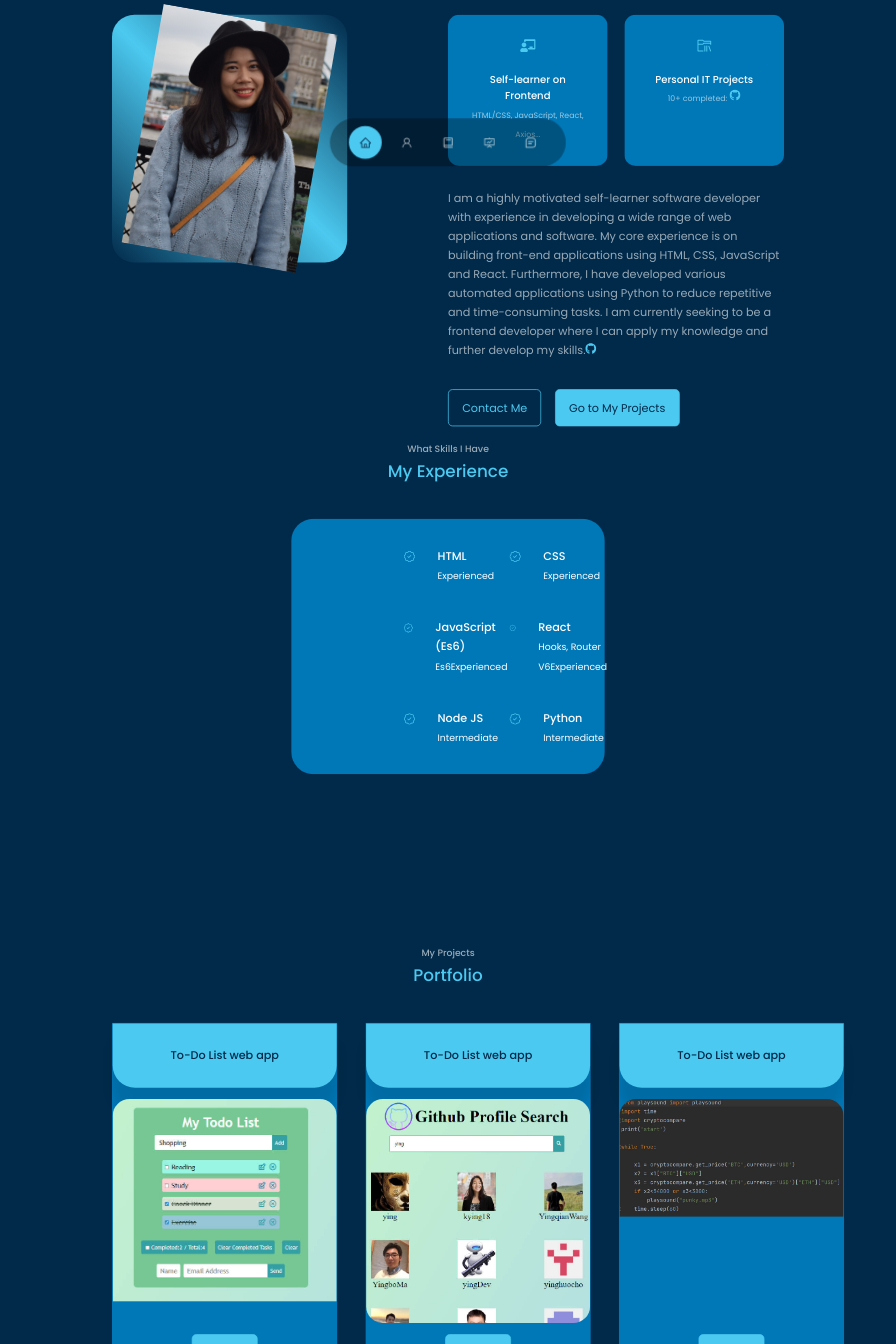
Repository: yingluo1020/react-portfolio-website
Page: /
The author's editor kept a copy of each file at every save. The page is drawn from the files as they stood at one save, then again after the next save.
The browser window is 1280 px wide. The pictures show the part of the page from y = 450 to 2370 px (the page is 3663 px tall), at 70% of full size.
The project was rebuilt for these pictures with package versions that can differ from the ones it lists, and the page was loaded fresh each time. Imported but missing from the stored project, and not drawn on this page: src/assets/cv1.pdf.

Above is the page before, as saved 2022-03-16 09:53:29.

### src/index.css
@import url('https://fonts.googleapis.com/css2?family=Poppins:wght@300;400;500;600&display=swap');

* {
 margin: 0;
 padding: 0;
 border: 0;
 outline: 0;
 box-sizing: border-box;
 list-style: none;
 text-decoration: none;
}

:root {
    --color-bg:#012a4a;
    --color-bg-variant:#0077b6;
    --color-primary:#4cc9f0;
    --color-primary-variant:rgba(77,181,255,0.4);
    --color-white:#fff;
    --color-light:rgba(255,255,255,0.6);

    --transition:all 400ms ease;

    --container-width-lg:75%;
    --container-width-md:86%;
    --container-width-sm:90%;
}

html {
    scroll-behavior:smooth;
}

::-webkit-scrollbar {
    display: none;
}

body {
    font-family: 'Poppins', sans-serif;
    background: var(--color-bg);
    color:var(--color-white);
    line-height:1.7;
}

/* general styles */
.container {
    width:var(--container-width-lg);
    margin: 0 auto;
}

h1,
h2,
h3,
h4,
h5 {
    font-weight: 500;
}

h1 {
    font-size: 2.5rem;
}

section {
    /* margin-top: 10rem; */
    height: 100vh;
}

section > h2, section > h5 {
    text-align: center;
    color: var(--color-light);
}

section > h2 {
    color: var(--color-primary);
    margin-bottom: 3rem;
}

.text-light {
    color: var(--color-light);
}

a {
    color: var(--color-primary);
    transition: var(--transition);
}

a:hover {
    color: var(--color-white);
}

.btn {
    width: max-content;
    display: inline-block;
    color: var(--color-primary);
    padding: 0.75rem 1.2rem;
    border-radius:0.4rem;
    cursor: pointer;
    border: 1px solid var(--color-primary);
    transition: var(--transition);
}

.btn:hover{
    background: var(--color-white);
    color: var(--color-bg);
    border-color: transparent;
}

.btn-primary {
    background: var(--color-primary);
    color: var(--color-bg);
}

img{
    display: block;
    width: 100%;
    object-fit: cover;
}

/* media queries(medium devices)*/
@media screen and (max-width:1024px) {
    .container {
        width: var(--container-width-sm);
    }

    section> h2 {
        margin-bottom: 2rem;
    }
}

### src/components/header/Header.js
import React from 'react'
import avatar from '../../assets/avatar.JPG'
import './header.css';
import CV from '../../assets/cv1.pdf'


function Header() {
    return (
        <header>
            <div className="container header_container">
                <h5>Hello, I'm</h5>
                <h1>Ying Luo</h1>
                <h5 className="text-light">Front-end Developer</h5>

                <div className='cta'>
                    <a href={CV} download className='btn'>Download My CV</a>
                    <a href="#contact" className='btn btn-primary'>Contact me</a>
                </div>
            </div>
        </header>
    )
}

export default Header

### src/components/nav/Nav.js
import React, { useState } from 'react'
import './nav.css'
import { AiOutlineHome, } from 'react-icons/ai'
import { AiOutlineUser } from 'react-icons/ai'
import { BiBook } from 'react-icons/bi'
import { AiOutlineFundProjectionScreen } from 'react-icons/ai'
import { BiMessageSquareDetail } from 'react-icons/bi'


function Nav() {
    const [activeNav, setActiveNav] = useState('#')
    return (
        <nav>
            <a href="#" onClick={() => setActiveNav('#')} className={activeNav === '#' ? 'active' : ''}><AiOutlineHome /></a>
            <a href="#about" onClick={() => setActiveNav('#about')} className={activeNav === '#about' ? 'active' : ''}><AiOutlineUser /></a>
            <a href="#experience" onClick={() => setActiveNav('#experience')} className={activeNav === '#experience' ? 'active' : ''}><BiBook /></a>
            <a href="#portfolio" onClick={() => setActiveNav('#services')} className={activeNav === '#services' ? 'active' : ''}><AiOutlineFundProjectionScreen /></a>
            <a href="#contact" onClick={() => setActiveNav('#contact')} className={activeNav === '#contact' ? 'active' : ''}><BiMessageSquareDetail /></a>
        </nav>
    )
}

export default Nav

### src/components/about/About.js
import React from 'react'
import avatar from '../../assets/avatar.JPG'
import { FaChalkboardTeacher } from 'react-icons/fa'
import { VscFolderLibrary } from 'react-icons/vsc'
import { FaGithub } from 'react-icons/fa';
import './about.css';

function About() {
    return (
        <section id='about'>
            <h5>My Intro</h5>
            <h2>About Me</h2>

            <div className="container about_container">
                <div className="about_me">
                    <div className="about_image">
                        <img src={avatar} alt="About Image" />
                    </div>
                </div>

                <div className="about_content">
                    <div className="about_cards">
                        <article className="about_card">
                            <FaChalkboardTeacher className='about_icon' />
                            <h5> Self-learner on Frontend </h5>
                            <small>HTML/CSS, JavaScript, React, Axios...</small>
                        </article>

                        <article className="about_card">
                            <VscFolderLibrary className='about_icon' />
                            <h5>Personal IT Projects </h5>
                            <small>10+ completed:  </small>
                            <a href="https://github.com/yingluo1020" target="_blank"><FaGithub /></a>
                        </article>

                    </div>

                    <p>I am a highly motivated self-learner software developer with experience in developing a wide range of web applications and software. My core experience is on building front-end applications using HTML, CSS, JavaScript and React. Furthermore, I have developed various automated applications using Python to reduce repetitive and time-consuming tasks. I am currently seeking to be a frontend developer where I can apply my knowledge and further develop my skills.
                        <a href="https://github.com/yingluo1020" target="_blank"><FaGithub /></a>
                    </p>
                    <div className="about_btn">
                        <a href="#contact" className="btn btn">Contact Me</a>
                        <a href="#" target="_blank" className="btn btn-primary">Go to My Projects</a>
                    </div>

                </div>
            </div>
        </section>
    )
}

export default About

### src/components/experience/Experience.js
import React from 'react'
import './experience.css';
import { BsPatchCheck } from 'react-icons/bs'


function Experience() {
    return (
        <section id='experience'>
            <h5>What Skills I Have</h5>
            <h2>My Experience</h2>

            <div className="container experience_container">
                <div className="experience_content">
                    <article className='experience_details'>
                        <BsPatchCheck className='experience_details-icon' />
                        <div>
                            <h4>HTML</h4>
                            <small className='text_light'>Experienced</small>
                        </div>
                    </article>
                    <article className='experience_details'>
                        <BsPatchCheck className='experience_details-icon' />
                        <div>
                            <h4>CSS</h4>
                            <small className='text_light'>Experienced</small>
                        </div>
                    </article>
                    <article className='experience_details'>
                        <BsPatchCheck className='experience_details-icon' />
                        <div>
                            <h4>JavaScript (Es6)</h4>
                            <small className='text_light'>Es6</small>
                            <small className='text_light'>Experienced</small>
                        </div>
                    </article>
                    <article className='experience_details'>
                        <BsPatchCheck className='experience_details-icon' />
                        <div>
                            <h4>React </h4>
                            <small className='text_light'>Hooks, Router V6</small>
                            <small className='text_light'>Experienced</small>
                        </div>
                    </article>
                    <article className='experience_details'>
                        <BsPatchCheck className='experience_details-icon' />
                        <div>
                            <h4>Node JS</h4>
                            <small className='text_light'>Intermediate</small>
                        </div>
                    </article>
                    <article className='experience_details'>
                        <BsPatchCheck className='experience_details-icon' />
                        <div>
                            <h4>Python</h4>
                            <small className='text_light'>Intermediate</small>
                        </div>
                    </article>
                </div>
            </div>
        </section>
    )
}

export default Experience

### src/components/portfolio/Portfolio.js
import React from 'react'
import './portfolio.css';
import project1 from '../../assets/todo1.jpg'
import project2 from '../../assets/search.jpg'
import project3 from '../../assets/btc_alert.jpg'



function Portfolio() {
    return (
        <section id='portfolio'>
            <h5>My Projects</h5>
            <h2>Portfolio</h2>
            <div className="container portfolio_container ">
                <article className='portfolio'>
                    <div className="portfolio_head">
                        <h3 >To-Do List web app</h3>
                    </div>


                    <div className="portfolio_item-image">
                        <img src={project1} alt="project1" />
                    </div>

                    <div className="portfolio_link">
                        <a href="https://github.com" target='_blank' className='btn btn-primary'>Github</a>
                    </div>
                </article>

                <article className='portfolio'>
                    <div className="portfolio_head">
                        <h3 >To-Do List web app</h3>
                    </div>

                    <div className="portfolio_body">
                        <div className="portfolio_item-image">
                            <img src={project2} alt="project1" />
                        </div>
                    </div>
                    <div className="portfolio_link">
                        <a href="https://github.com" target='_blank' className='btn btn-primary'>Github</a>
                    </div>
                </article>

                <article className='portfolio'>
                    <div className="portfolio_head">
                        <h3 >To-Do List web app</h3>
                    </div>

                    <div className="portfolio_body">
                        <div className="portfolio_item-image">
                            <img src={project3} alt="project1" />
                        </div>
                    </div>
                    <div className="portfolio_link">
                        <a href="https://github.com" target='_blank' className='btn btn-primary'>Github</a>
                    </div>
                </article>

            </div>
        </section>
    )
}

export default Portfolio

### src/components/footer/Footer.js
import React from 'react'
import './footer.css'
import { BsLinkedin } from 'react-icons/bs';
import { FaGithub } from 'react-icons/fa';
import { FiDribbble } from 'react-icons/fi';


function Footer() {
    return (
        <footer>
            <a href="https://github.com/yingluo1020" target="_blank" className='footer_logo'><FaGithub /> Ying Luo</a>
            <ul className='permalinks'>
                <li><a href="#">Home</a></li>
                <li><a href="#about">About</a></li>
                <li><a href="#experience">Experience</a></li>
                <li><a href="#portfolio">Portfolio</a></li>
                <li><a href="#contact">Contact</a></li>
            </ul>

            <div className="footer_copyright">
                <small>&copy; All rights reserved by Ying Luo.</small>
            </div>
        </footer>
    )
}

export default Footer

### src/components/header/header.css
header {
    height: 50vh;
    padding-top: 5rem;
    overflow: hidden;
}

.header_container {
    text-align: center;
    height: 100%;
    position: relative;
}

.cta {
    margin: 2.5rem auto;
    display: flex;
    gap:1.2rem;
    justify-content: center;
}

.avatar {
    background: linear-gradient(var(--color-primary),transparent) ;
    width: 22rem;
    height: 30rem;
    position: absolute;
    left: calc(50% - 11rem);
    border-radius: 12rem 12rem 0 0 ;
    overflow: hidden;
    padding: 5rem 1.5rem 1.5rem 1.5rem;
}

### src/components/nav/nav.css
nav {
    background: rgba(0, 0, 0, 0.3);
    width: max-content;
    display: block;
    padding:0.7rem 1.7rem;
    z-index: 2;
    position: fixed;
    left: 50%;
    transform: translateX(-50%);
    bottom: 2rem;
    display: flex;
    gap: 0.8rem;
    border-radius: 3rem;
    /* backdrop-filter: blur(15px); */
}

nav a {
    background: transparent;
    padding: 0.9rem;
    border-radius:50% ;
    display: flex;
    color: var(--color-light);
    font-size: 1.1rem;
}

nav a:hover{
    background: rgba(0, 0, 0, 0.3);
}

nav a.active {
    background: var(--color-primary);
    color: var(--color-bg);
}

### src/components/about/about.css
.about_container {
    display: grid;
    grid-template-columns: 35% 50%;
    gap: 15%;
}

.about_me{
    width: 100%;
    aspect-ratio: 0.95/1;
    border-radius: 2rem;
    background: linear-gradient(45deg,transparent,var( --color-primary),transparent);
    display: grid;
    place-items: center;
}

.about_image {
    border-radius: 2rem;
    overflow: hidden;
    transform: rotate(10deg);
    transition: var(--transition);
}

.about_image:hover{
    transform: rotate(0);
}

.about_image img {
    width: 75%;
    margin: 0 auto;
}
.about_cards {
    display: grid;
    grid-template-columns: repeat(2,1fr);
    gap: 1.5rem;
}

.about_card {
    background: var(--color-bg-variant);
    border:1px solid transparent ;
    border-radius: 1rem;
    padding: 2rem;
    text-align: center;
    transition: var(--transition);
}

.about_card:hover {
    background:transparent;
    border-color:var(--color-primary-variant) ;
    cursor: default;
}

.about_icon {
    color: var(--color-primary);
    font-size: 1.4rem;
    margin-bottom: 1rem;
}

.about_card h5 {
    font-size: 0.9rem;
}

.about_card small {
    font-size: 0.7rem;
    color: var(--color-light);
}

.about_content p {
    margin: 2rem 0 2.6rem;
    color: var(--color-light);
}

.about_content .about_btn {
    display: flex;
    gap:1.2rem;
}

/* media queries(medium devices)*/
@media screen and (max-width:1024px) {
    .about_container {
        grid-template-columns: 1fr ;
        gap:0;
    }

    .about_me{
        width: 50%;
        margin: 2rem auto 4rem;
    }

    .about_content p {
        margin: 1rem 0 1.5rem;
    }
}

/* media queries(small devices)*/
@media screen and (max-width:600px) {
    .about_me{
        width: 65%;
        margin: 0 auto 3rem;
    }

    .about_cards {
        grid-template-columns: 1fr 1fr;
        gap: 1rem;
    }

    .about_content {
        text-align: center;
    }

    .about_content p {
        margin: 1.5rem 0;
    }
}

### src/components/experience/experience.css
.experience_container{
    width: 35%;
    min-height: 50vh;
}

.experience_container >div {
    background: var(--color-bg-variant);
    padding: 2.4rem 10rem;
    border-radius: 2rem;
    border: 1px solid transparent;
    transition: var(--transition);
}

.experience_container >div:hover{
    background: transparent;
    border-color: var(--color-primary-variant);
    cursor: default;
}

.experience_content {
    display: grid;
    grid-template-columns: 1fr 1fr;
    row-gap: 3rem;
}

.experience_details {
    display: flex;
    gap: 2rem;
}

.experience_details-icon{
    margin-top: 6px;
    color: var(--color-primary);
}

/* media queries(medium devices)*/
@media screen and (max-width:1024px) {
    .experience_container{
        grid-template-columns: 1fr;
    }

    .experience_container >div {
        width: 80%;
        padding: 2rem;
        margin: 0 auto;
    }

    .experience_content {
        padding: 1rem;
    }
}

/* media queries(small devices)*/
@media screen and (max-width:600px) {
    .experience_container{
        gap: 1rem;
    }

    .experience_container >div {
        width: 100%;
        padding: 2rem 1rem;
    }
}

### src/components/portfolio/portfolio.css
.portfolio_container{
    display: grid;
    grid-template-columns: repeat(3,1fr);
    gap: 2.5rem;
}

.portfolio {
    background: var(--color-bg-variant);
    border-radius:0 0 2rem 2rem;
    border: 1px solid transparent;
    /* height: fit-content; */
    transition: var(--transition);
}

.portfolio:hover {
    background: transparent;
    border-color: var(--color-primary-variant);
    transition: var(--transition);
}

.portfolio_head{
    background: var(--color-primary);
    border-radius:0 0 2rem 2rem;
    padding: 2rem;
    box-shadow: 0 2rem 1rem rgba(0,0,0,0.1);
}

.portfolio_head h3 {
    text-align: center;
    font-size: 1rem;
    color: var(--color-bg);
}

.portfolio_item-image {
    width: 20rem;
    height: 20rem;
    /* aspect-ratio: 1/1;   */
    border-radius: 1.5rem;
    overflow: hidden;
    margin: 1rem auto;
}

.portfolio_link {
    display: flex;
    justify-content: center;
    margin: 1rem 0;
}


/* media queries(medium devices)*/
@media screen and (max-width:1024px) {
    .portfolio_container{
        grid-template-columns: 1fr 1fr;
        gap: 1.2rem;
    }
}

/* media queries(small devices)*/
@media screen and (max-width:600px) {
    .portfolio_container {
        grid-template-columns: 1fr;
        gap: 1rem;
    }
}

### src/components/contact/contact.css
.contact_container {
    width: 58%;
    display: grid;
    grid-template-columns: 30% 58%;
    gap: 12%;
}

.contact_options {
    display: flex;
    flex-direction: column;
    gap: 1.2rem;
}

.contact_option{
    background: var(--color-bg-variant);
    padding: 1.2rem ;
    border-radius:1.2rem;
    border: 1px solid transparent;
    text-align: center;
    transition: var(--transition);
}

.contact_option:hover{
    background: transparent;
    border-color: var(--color-primary-variant);
}

.contact_option-icon{
    font-size: 1.5rem;
    margin-bottom: 0.5rem;
}

.contact_option a {
    margin-top: 0.7rem;
    display: inline-block;
    font-size: 0.8rem;
}

/* form */
form {
    display: flex;
    flex-direction: column;
    gap: 1.2rem;
}

input, textarea{
    width: 100%;
    padding: 1.5rem ;
    border-radius:0.5rem;
    border: 2px solid var(--color-primary-variant);
    background: transparent;
    resize: none; /* 元素不能被用户缩放。 */
    color: var(--color-white);
}

/* media queries(medium devices)*/
@media screen and (max-width:1024px) {
    .contact_container {
        grid-template-columns: 1fr;
        gap: 2rem;
    }

}

/* media queries(small devices)*/
@media screen and (max-width:600px) {
    .contact_container{
        width: var(--container-width-sm);
    }
}

### src/components/footer/footer.css
footer {
    background: var(--color-primary);
    padding: 2rem 0;
    text-align: center;
    font-size: 0.9rem;
    margin-top: 7rem;
}

footer a {
    color: var(--color-bg);
}

.footer_logo{
    font-size: 2rem;
    font-weight: 500;
    margin-bottom: 2rem;
    display: inline-block;
}

.permalinks{
    display: flex;
    flex-wrap: wrap;
    justify-content: center;
    gap: 2rem;
    margin: 0 auto 3rem;
}

.footer_socials{
    display: flex;
    justify-content: center;
    gap: 1rem;
    margin-bottom: 4rem;
}

.footer_socials a {
    display: flex;
    background: var(--color-bg);
    color: var(--color-white);
    padding: 0.8rem;
    border-radius: 0.7rem;
    border: 1px solid transparent;
    transition: var(--transition);
}

.footer_socials a:hover{
    background: transparent;
    color: var(--color-bg);
    border-color: var(--color-bg);
}

.footer_copyright {
    margin-bottom: 4rem;
    color: var(--color-bg);
}

/* media queries(small devices)*/
@media screen and (max-width:600px) {
    .permalinks{
        flex-direction: column;
        gap: 1.5rem;
    }

    .footer_socials{
        margin-bottom: 2.6rem;
    }
}

Loaded but not shown: public/index.html (common file); src/index.js (common file); src/App.js (common file); src/components/contact/Contact.js (63 lines, source omitted)

After the next save:
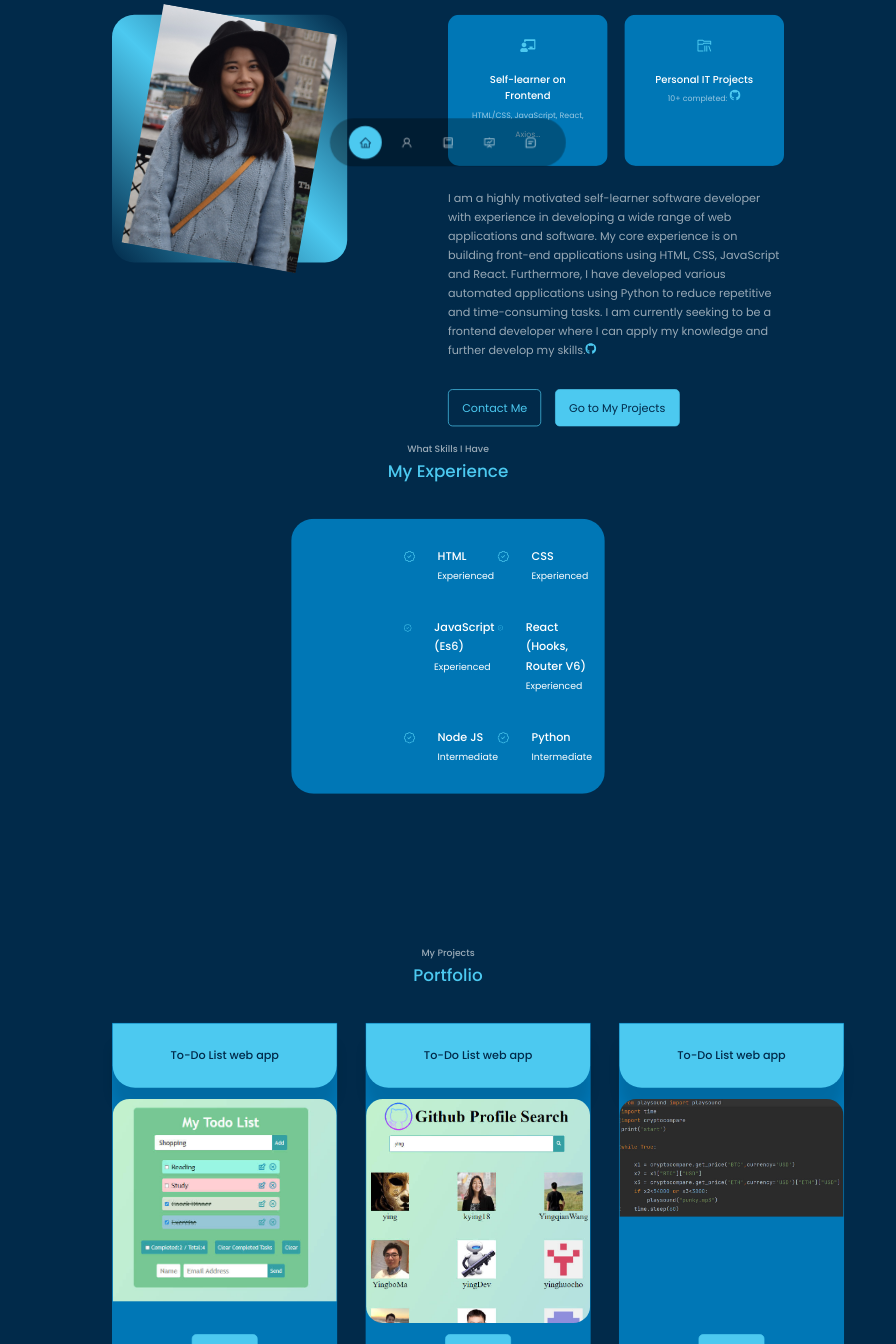
Saved 29 s later.
--- a/src/components/experience/Experience.js
+++ b/src/components/experience/Experience.js
@@ -29,15 +29,13 @@ function Experience() {
                         <BsPatchCheck className='experience_details-icon' />
                         <div>
                             <h4>JavaScript (Es6)</h4>
-                            <small className='text_light'>Es6</small>
                             <small className='text_light'>Experienced</small>
                         </div>
                     </article>
                     <article className='experience_details'>
                         <BsPatchCheck className='experience_details-icon' />
                         <div>
-                            <h4>React </h4>
-                            <small className='text_light'>Hooks, Router V6</small>
+                            <h4>React (Hooks, Router V6) </h4>
                             <small className='text_light'>Experienced</small>
                         </div>
                     </article>
